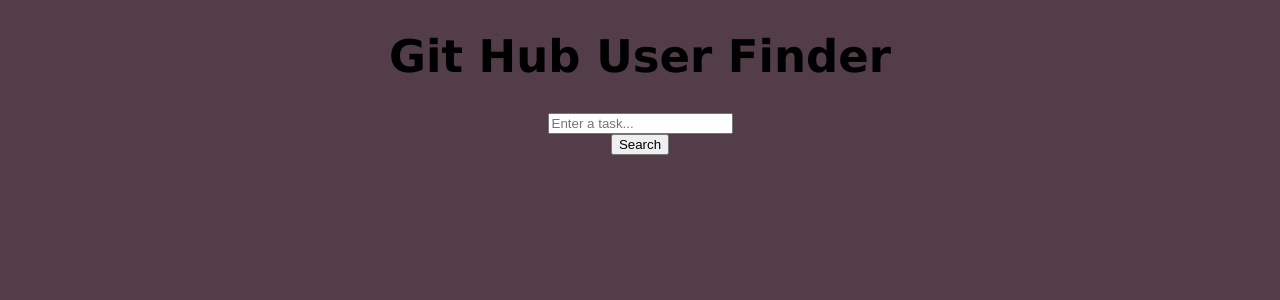
Repository: Dharshinimk-521/github-user-finder
Page: index.html
The author's editor kept a copy of each file at every save. The page is drawn from the files as they stood at one save, then again after the next save.
The browser window is 1280 px wide. The pictures show the whole page.
Some web fonts or font styles are not loaded; a fallback is used.

Above is the page before, as saved 2026-04-13 20:58:01.

After the next save:
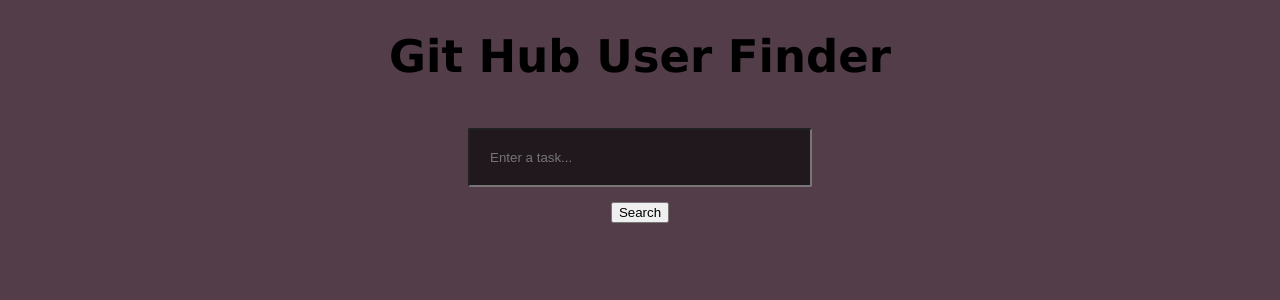
Saved 20 s later.
--- a/style.css
+++ b/style.css
@@ -9,5 +9,15 @@ body{
    text-decoration: dashed;
 }
 #input{
+    background-color: rgba(0, 0, 0, 0.6); /* black with opacity */
+    color: white;
+    padding: 20px;
+    margin:15px;
+    border-style: 2px solid white;
+    border-radius: 2px;
+    outline:purple;
+    width:300px;
+}
+#input:focus{
 
 }
